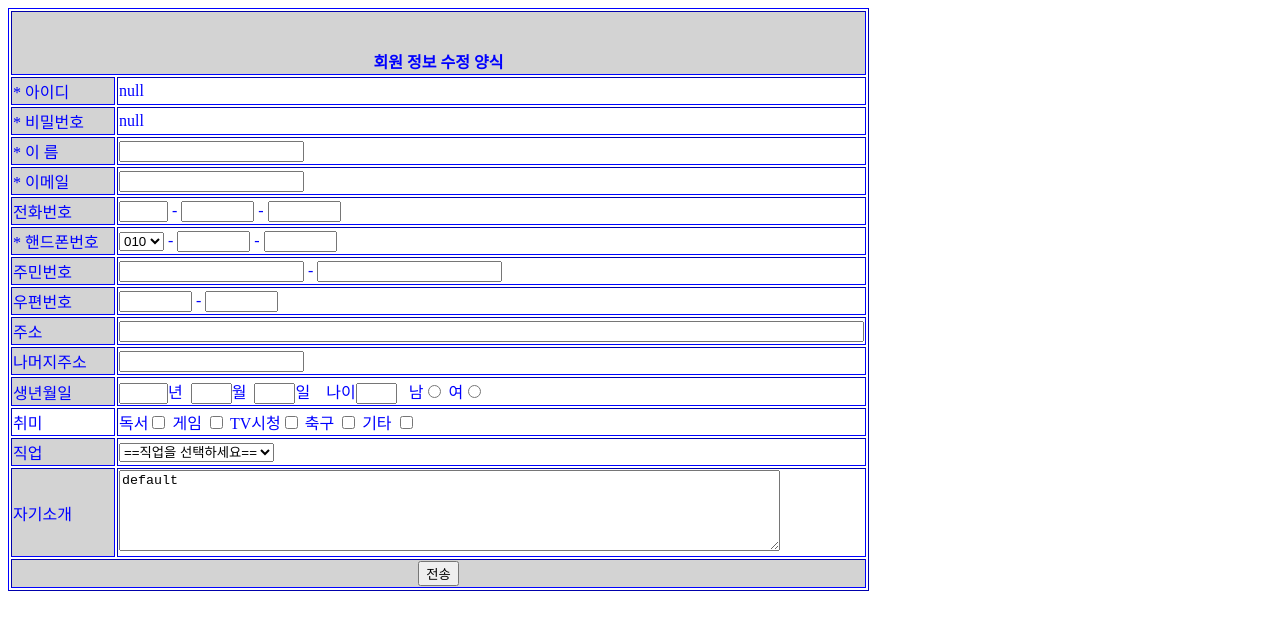
Repository: vkfkstptkd1/WebProgramming
Page: http://localhost/ch3_FormTag/In_Form_ok.jsp
An editor plug-in stored every save of this project. The page is shown before and after the next save, followed by the edit.
The browser window is 1280 px wide. The pictures show the whole page.
The page is served by Tomcat 9.

Above is the page before, as saved 2021-03-20 09:46:17.

### ch3_FormTag/WebContent/In_Form_ok.jsp
<%@ page language="java" contentType="text/html; charset=EUC-KR"
    pageEncoding="EUC-KR"%>
<%  request.setCharacterEncoding("euc-kr");  %><!--한글입력전송받을때이거반드시필요.-->
<!DOCTYPE html>
<html>
<head>
<meta charset="EUC-KR">
<title>Insert title here</title>
<style type="text/css">
.style1{border-color:blue;color:blue;}
.style0{color:blue;background-color:lightgrey;}
</style>
</head>
<body>
	<table class="style1" border="1">
	<tr><th class="style0" colspan=2><br><br>회원 정보 수정 양식</th></tr><!--표제목  -->
	<tr><td class="style0" width= "100"> * 아이디</td>
		<td width="500"> <%=request.getParameter("id") %></td>
	</tr>
	<tr><td class="style0"> * 비밀번호</td>
		<td class="style1"> <%=request.getParameter("pwd") %>
		</td>
	</tr>
	<tr><td class="style0"> * 이 름</td>
		<td class="style1"> <input type="text" name="name"></td>
	</tr>
	<tr><td class="style0"> * 이메일</td>
		<td class="style1"> <input type="text" name="email"></td>
	</tr>
	<tr><td class="style0"> 전화번호</td>
		<td class="style1"><input type="text" name="homenumber" size=3>
			-
			<input type="text" name="homenumber" size=6>
			-
			<input type="text" name="homenumber" size=6>
		</td>
	</tr>
	<tr><td class="style0"> * 핸드폰번호</td>
		<td class="style1">
		<SELECT NAME="phonenumber1">
		<OPTION VALUE="010">010</OPTION>
		<OPTION VALUE="011">011</OPTION>
		<OPTION VALUE="012">012</OPTION>
		</SELECT>
		-
		<input type="text" name="phonenumber2" size=6>
		-
		<input type="text" name="phonenumber3" size=6>
		</td>
	</tr>
	<tr><td class="style0"> 주민번호</td>
		<td class="style1">
			 <input type="text" name="ssn1">
			 -
			 <input type="text" name="ssn2">
		</td>
	</tr>
	<tr><td class="style0"> 우편번호</td>
		<td class="style1">
			 <input type="text" name="pn1" size=6>
			 -
			 <input type="text" name="pn2" size=6></td>
	</tr>
	<tr><td class="style0"> 주소</td>
		<td class="style1"> <input type="text" name="ad" size=90 ></td>
	</tr>
	<tr><td class="style0"> 나머지주소</td>
		<td class="style1"> <input type="text" name="remainderad"></td>
	</tr>
	<tr><td class="style0"> 생년월일</td>
		<td> <input type="text" name="year" size=3>년&nbsp;
			 <input type="text" name="month" size=2>월&nbsp;
			 <input type="text" name="day" size=2>일&nbsp;&nbsp;&nbsp;
			 나이<input type="text" name="age" size=2>&nbsp;&nbsp;
			 남<input type="radio" name="gender" value="남">
			 여<input type="radio" name="gender" value="여">
		</td>
	</tr>
	<tr><td class="style1"> 취미</td>
		<td class="style1">
			 독서<input type="checkbox" name="hobby" value="독서">
			 게임	<input type="checkbox" name="hobby" value="게임">
		   TV시청<input type="checkbox" name="hobby" value="TV시청">
			 축구	<input type="checkbox" name="hobby" value="축구">
			 기타	<input type="checkbox" name="hobby" value="기타">
		</td>
	</tr>
	<tr><td class="style0"> 직업</td>
		<td >
		<SELECT NAME="job">
         <OPTION VALUE="">==직업을 선택하세요==</OPTION>
         <OPTION VALUE="학생">학생</OPTION>
         <OPTION VALUE="회사원">회사원</OPTION>
         <OPTION VALUE="군인">군인</OPTION>
         <OPTION VALUE="기타">기타</OPTION>
	    </SELECT>
	    </td>
	</tr>
	<tr><td class="style0"> 자기소개</td>
		<td class="style1">
		<textarea name="intro" rows=5 cols=80 >default</textarea>
		</td>
	</tr>
	<tr>
		<td class="style0" colspan="2"><center><input type="submit" value="전송" ></center></td>
	</tr>
	</table>

</body>
</html>

After the next save:
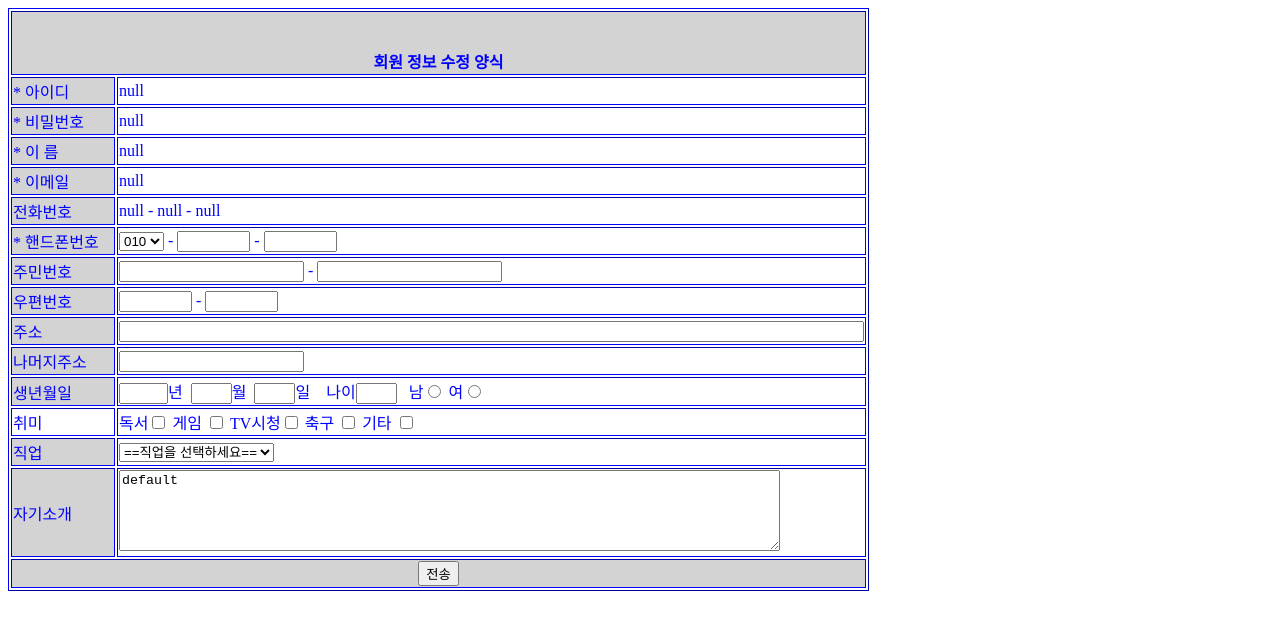
Saved 5 min 41 s later.
--- a/ch3_FormTag/WebContent/In_Form_ok.jsp
+++ b/ch3_FormTag/WebContent/In_Form_ok.jsp
@@ -22,17 +22,18 @@
 		</td>
 	</tr>
 	<tr><td class="style0"> * 이 름</td>
-		<td class="style1"> <input type="text" name="name"></td>
+		<td class="style1">  <%=request.getParameter("name") %></td>
 	</tr>
 	<tr><td class="style0"> * 이메일</td>
-		<td class="style1"> <input type="text" name="email"></td>
+		<td class="style1">  <%=request.getParameter("email") %></td>
 	</tr>
 	<tr><td class="style0"> 전화번호</td>
-		<td class="style1"><input type="text" name="homenumber" size=3>
+		<td class="style1">
+			 <%=request.getParameter("homenumber1") %>
 			-
-			<input type="text" name="homenumber" size=6>
+			 <%=request.getParameter("homenumber2") %>
 			-
-			<input type="text" name="homenumber" size=6>
+			 <%=request.getParameter("homenumber3") %>
 		</td>
 	</tr>
 	<tr><td class="style0"> * 핸드폰번호</td>
